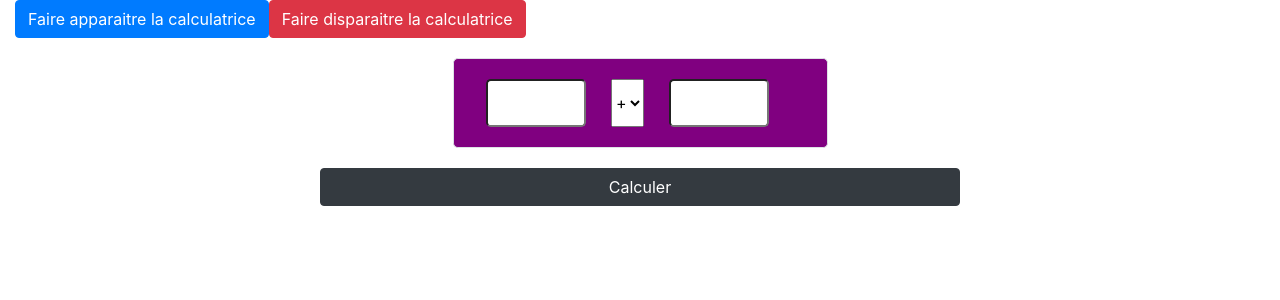
Repository: julieLyM/calculatrice
Page: calculatrice.html
An editor plug-in stored every save of this project. The page is shown before and after the next save, followed by the edit.
The browser window is 1280 px wide. The pictures show the whole page.

Above is the page before, as saved 2020-12-08 15:32:16.

### calculatrice.html
<!DOCTYPE html>
<html lang="fr">
  <head>
    <meta charset="UTF-8">
    <meta name="viewport" content="width=device-width, initial-scale=1.0">
		<link rel="stylesheet" href="https://cdn.jsdelivr.net/npm/bootstrap@4.5.3/dist/css/bootstrap.min.css" integrity="sha384-TX8t27EcRE3e/ihU7zmQxVncDAy5uIKz4rEkgIXeMed4M0jlfIDPvg6uqKI2xXr2" crossorigin="anonymous">

    <title>exercice calculatrice</title>
  </head>
  <body>
    <div class="container-fluid">
        <div class="row justify-content-aroucnd" style="margin: 0 auto; text-align:center">
          <button class="btn btn-primary" id="appear">
            Faire apparaitre la calculatrice
          </button>
          <button class="btn btn-danger" id="disapear">
            Faire disparaitre la calculatrice
          </button>
        </div>
        <div class="row justify-content-around border rounded-lg" id="blocCal"  style="padding: 20px;margin: 20px auto; text-align:center; width: 30%;background-color: purple">
          <input type="text" class="rounded-lg"  id="nombre1" style="width: 100px;">
          <select name="calcul" id="operateur">
            <option>+</option>
            <option>-</option>
            <option>*</option>
            <option>/</option>
          </select>
          <input type="text" class="rounded-lg"  id="nombre2" style="width: 100px;">
          <br>
          <br>
        </div>
        <div class="row justify-content-center" style="margin-top: 20px">
          <button type="button" class="btn btn-dark w-50" id="calculer">Calculer</button>
        </div>
        <br>
        <div class="row justify-content-center">
          <div id="message"></div>
        </div>
      </div>
    <!--APPEL JQUERY-->
		<script src="https://code.jquery.com/jquery-3.5.1.min.js" integrity="sha256-9/aliU8dGd2tb6OSsuzixeV4y/faTqgFtohetphbbj0=" crossorigin="anonymous"></script>
		<script src="https://cdn.jsdelivr.net/npm/bootstrap@4.5.3/dist/js/bootstrap.bundle.min.js" integrity="sha384-ho+j7jyWK8fNQe+A12Hb8AhRq26LrZ/JpcUGGOn+Y7RsweNrtN/tE3MoK7ZeZDyx" crossorigin="anonymous"></script>
    <!--NOTRE CODE JS-->
    <script src="calculatrice.js"></script>
  </body>
</html>

### calculatrice.js
//Etapes :
// --------
// - faire une page html
// - créer deux input type text avec deux id différent pour la saisie des valeurs
// - créer un select avec un id pour proposer les différents opérateurs. (+-*/    ** %)
// - créer un bouton avec un id pour lancer le calcul (button, span)

// Avec js :
// ---------
// - lors du click  sur le bouton (evenement) :
// - récupérer les deux saisies des champs text et l'opérateur selectionné

// - il peut être important de passer les saisies dans un parseFloat() pour les transformer en type number
// - declencher le calcul des saisies selon  l'opérateur avec un if qui va tester l'opérateur pour déclencher l'opération.
// - afficher l'opération avec le résultat.

// Pour aller plus loin :
// ----------------------
// - essayer de donner la possibilité de faire apparaitre ou disparaitre la calculatrice

$(document).ready(function () {
  $('#appear').on('click', function () {
    $('#blocCal').slideDown(1000);
  });

  // Cacher la  calculatrice :
  $('#disapear').on('click', function () {
    $('#blocCal').slideUp(1000);
  });

  $('#calculer').on('click', function () {
    var value1 = $('#nombre1').val();
    var signe = $('#operateur').val();
    var value2 = $('#nombre2').val();

    value1 = parseFloat(value1);
    value2 = parseFloat(value2);
    var resultat = '';

    if (signe == '+') {
      resultat = $('#message').html(
        '<div style="background-color: pink;color: yellow; text-align: center;font-size:26px; padding:20px">Résultat addition: ' +
          value1 +
          signe +
          value2 +
          ' = ' +
          (value1 + value2) +
          '</div>'
      );
    } else if (signe == '-') {
      resultat = resultat = $('#message').html(
        '<div style="background-color: pink;color: blue; text-align: center;font-size:26px; padding:20px">Résultat soustration: ' +
          value1 +
          signe +
          value2 +
          ' = ' +
          (value1 - value2) +
          '</div>'
      );
    } else if (signe == '*') {
      resultat = resultat = $('#message').html(
        '<div style="background-color: pink;color: purple; text-align: center;font-size:26px; padding:20px">Résultat multiplication: ' +
          value1 +
          signe +
          value2 +
          ' = ' +
          value1 * value2 +
          '</div>'
      );
    } else if (signe == '/') {
      resultat = resultat = $('#message').html(
        '<div style="background-color: pink;color: green; text-align: center;font-size:26px; padding:20px">Résultat division: ' +
          value1 +
          signe +
          value2 +
          ' = ' +
          value1 / value2 +
          '</div>'
      );
    }
  });

  $('#nombre1, #nombre2').on('mouseover', function () {
    $('#message').html(
      `<div style="background-color: pink;color: red; padding:20px">Saisir un chiffre</div>`
    );
  });

  $('#nombre1, #nombre2').on('mouseout', function () {
    $('#message').html('');
  });

  $('#operateur').on('mouseover', function () {
    $('#message').html(
      `<div style="background-color: pink;color: red; padding:20px">Saisir un opérateur + - / *</div>`
    );
  });
  $('#operateur').on('mouseout', function () {
    $('#message').html('');
  });
});

After the next save:
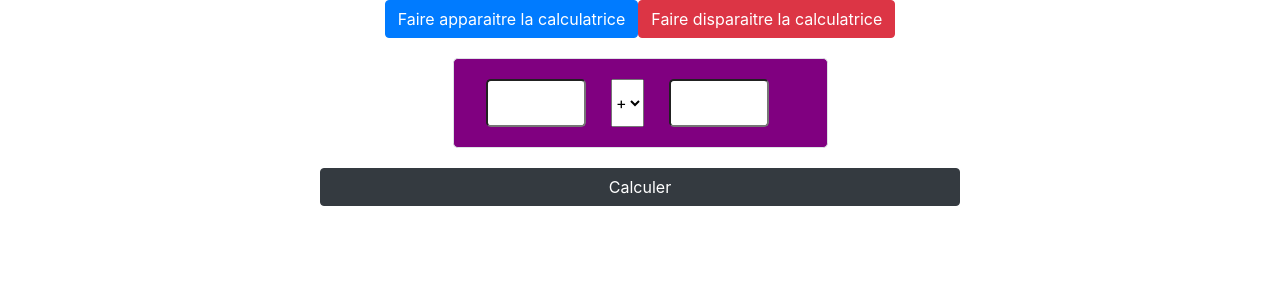
Saved 5 s later.
--- a/calculatrice.html
+++ b/calculatrice.html
@@ -9,7 +9,7 @@
   </head>
   <body>
     <div class="container-fluid">
-        <div class="row justify-content-aroucnd" style="margin: 0 auto; text-align:center">
+        <div class="row justify-content-center" style="margin: 0 auto; text-align:center">
           <button class="btn btn-primary" id="appear">
             Faire apparaitre la calculatrice
           </button>
